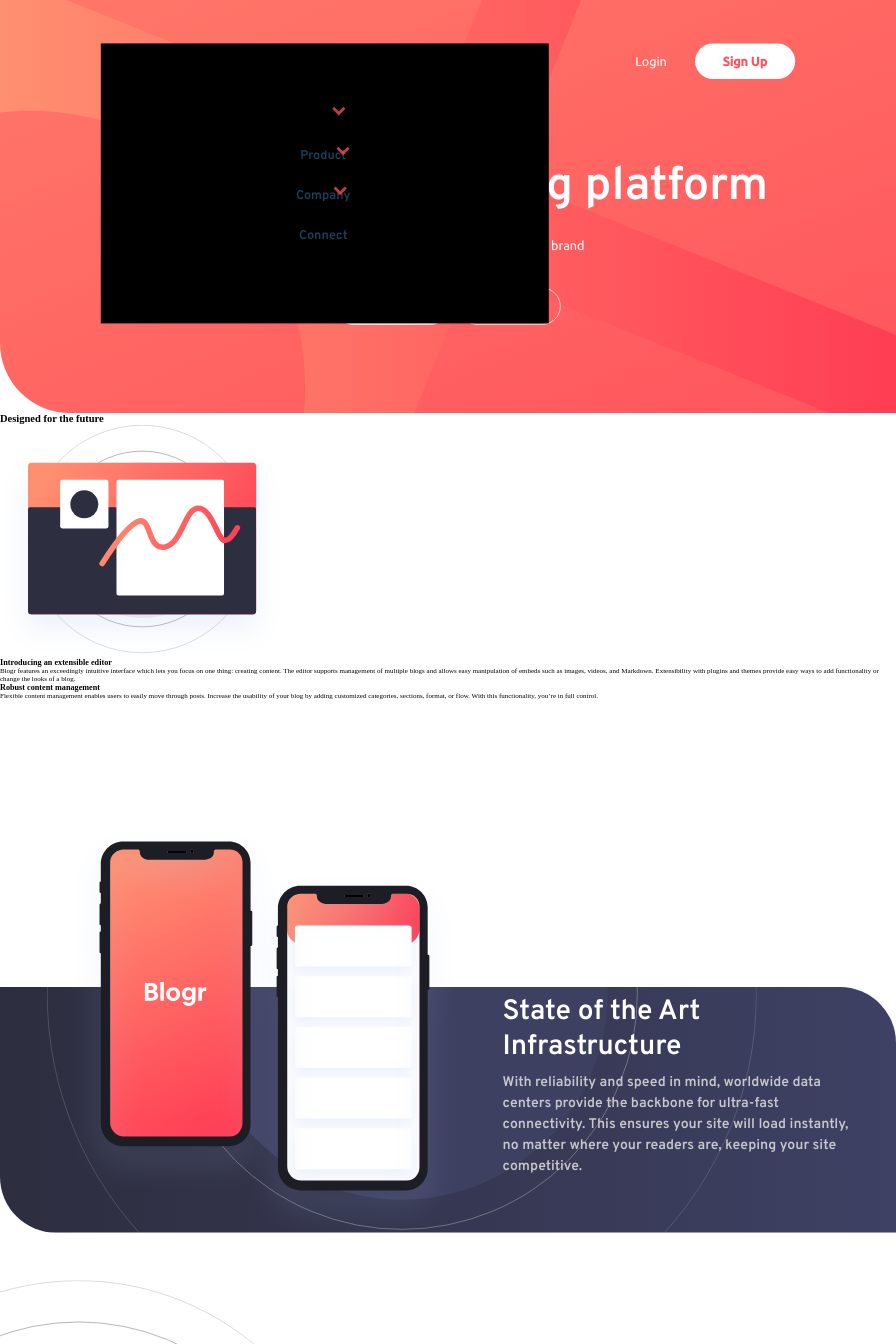
Repository: tomas938/tomaspage3
Page: index.html
These files come from the project's save history. The page is drawn as it stood at one moment and after the next save; the edit follows.
The browser window is 1280 px wide. The pictures show the part of the page from y = 0 to 1920 px (the page is 3157 px tall), at 70% of full size.
The style sheet was rebuilt from its Sass, Less or Tailwind sources for each picture, by a compiler version that may differ from the author's.

Above is the page before, as saved 2021-07-30 17:08:43.

After the next save:
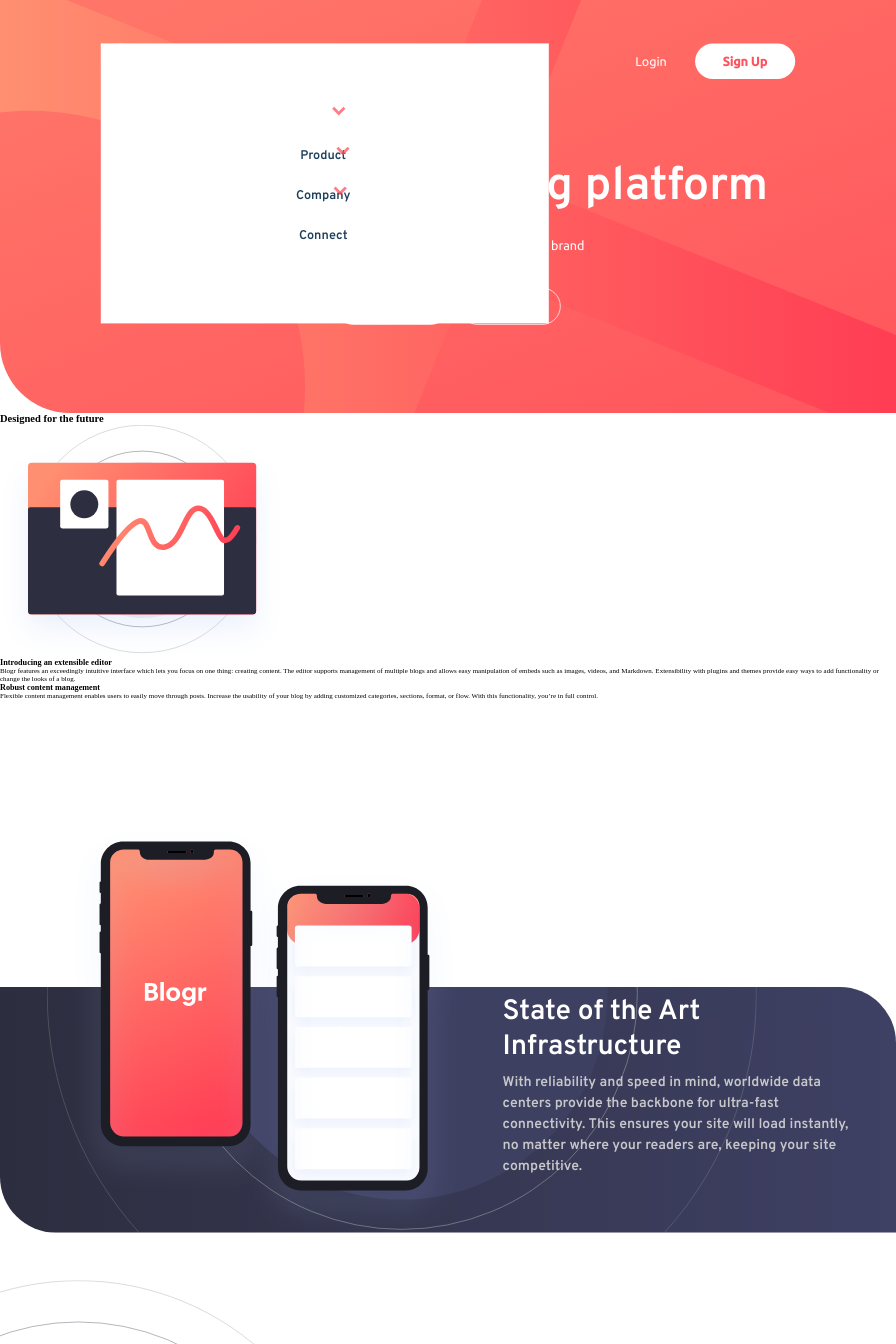
Saved 15 s later.
--- a/scss_partials/_intro.scss
+++ b/scss_partials/_intro.scss
@@ -60,7 +60,7 @@
 		.mobile__links {
 			opacity: 1;
 			position: absolute;
-			background-color: black;
+			background-color: $white;
 			height: 40rem;
 			width: 50%;
 			font-family: $font-primary;
